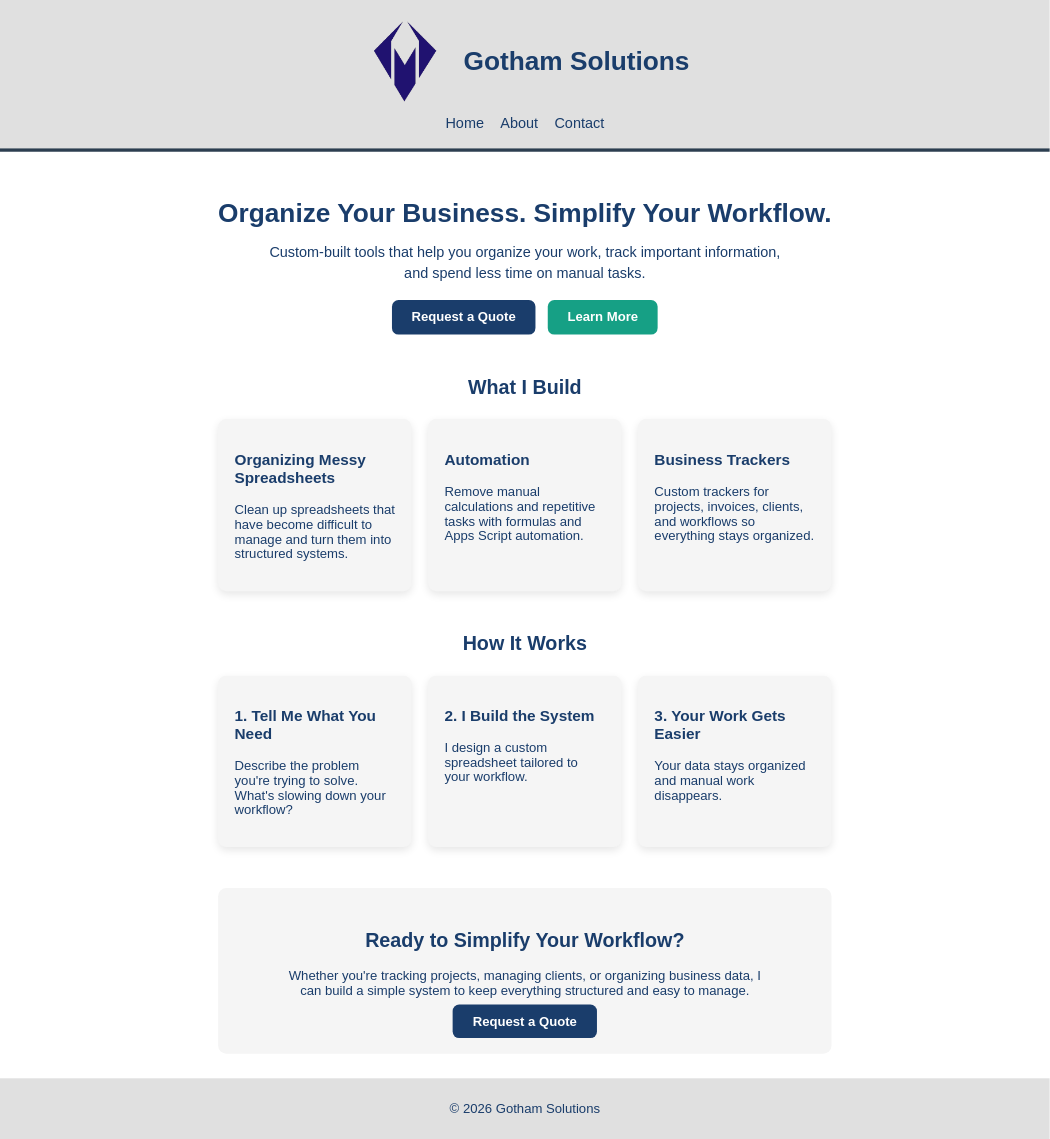
Repository: kmm569/gothamsolutions
Page: index.html
The author's editor kept a copy of each file at every save. The page is drawn from the files as they stood at one save, then again after the next save.
The browser window is 1280 px wide. The pictures show the whole page, at 82% of full size.

Above is the page before, as saved 2026-03-06 10:50:14.

After the next save:
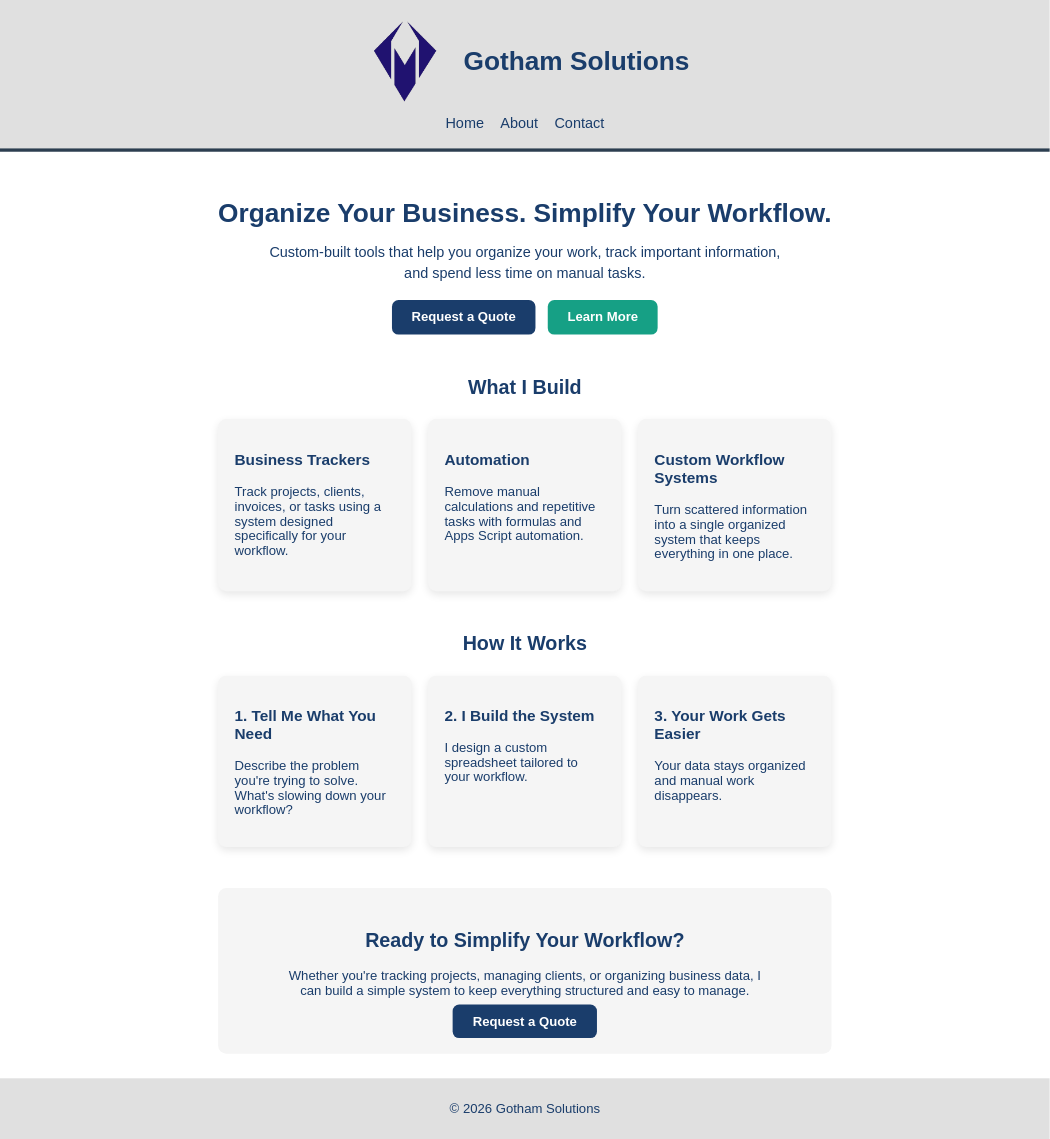
Saved 82 s later.
--- a/index.html
+++ b/index.html
@@ -63,9 +63,9 @@
 	<div class="service-grid">
 
 		<div class="service-card">
-			<h3>Organizing Messy Spreadsheets</h3>
+			<h3>Business Trackers</h3>
 			<p>
-			Clean up spreadsheets that have become difficult to manage and turn them into structured systems.
+			Track projects, clients, invoices, or tasks using a system designed specifically for your workflow.
 			</p>
 		</div>
 
@@ -77,9 +77,9 @@
 		</div>
 
 		<div class="service-card">
-			<h3>Business Trackers</h3>
+			<h3>Custom Workflow Systems</h3>
 			<p>
-			Custom trackers for projects, invoices, clients, and workflows so everything stays organized.
+			Turn scattered information into a single organized system that keeps everything in one place.
 			</p>
 		</div>
 
